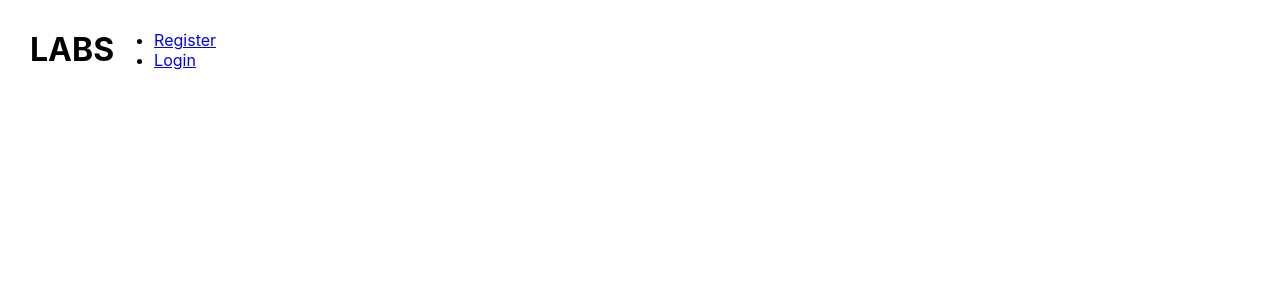
Repository: Prafullkuma/labsdata
Page: /
An editor plug-in stored every save of this project. The page is shown before and after the next save, followed by the edit.
The browser window is 1280 px wide. The pictures show the whole page.
The project was rebuilt for these pictures with package versions that can differ from the ones it lists, and the page was loaded fresh each time. Also part of the build but not shown: src/App.css, src/Component/Admin.js, src/Auth/Login.js, src/Auth/Signup.js, src/Auth/Logout.js.

Above is the page before, as saved 2020-08-25 09:23:39.

After the next save:
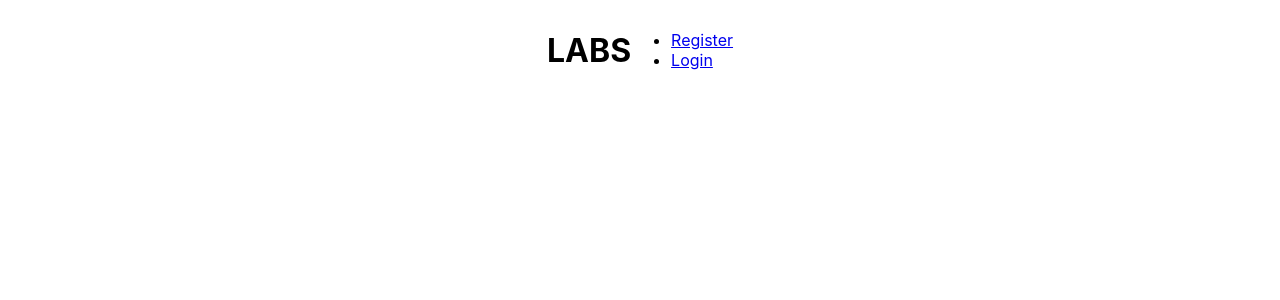
Saved 13 s later.
--- a/src/Component/Nav.css
+++ b/src/Component/Nav.css
@@ -1,4 +1,6 @@
 .Navbar{
     padding: 30px;
-    display: flex
+    display: flex;
+    justify-content: center;
+    align-items: center;
 }
